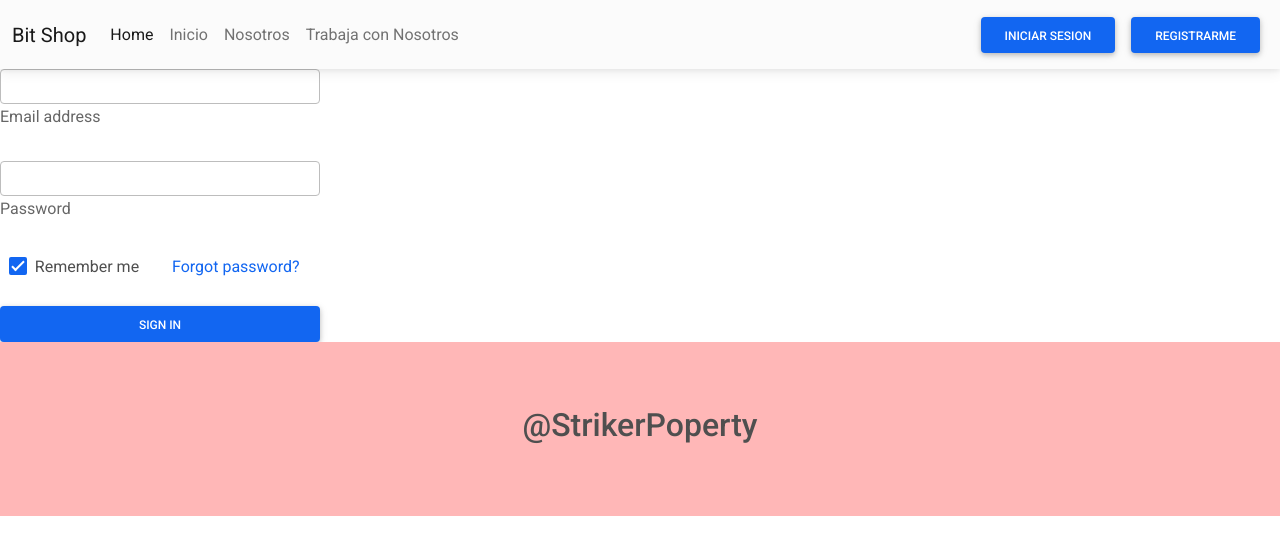
Repository: TzStrikerYT/myClassRoom
Page: /login (app in bit-shop-front/)
These files come from the project's save history. The page is drawn as it stood at one moment and after the next save; the edit follows.
The browser window is 1280 px wide. The pictures show the whole page.
The project was rebuilt for these pictures with package versions that can differ from the ones it lists, and the page was loaded fresh each time. Also part of the build but not shown: bit-shop-front/angular.json, bit-shop-front/src/app/components/home/home.component.ts, bit-shop-front/src/app/components/not-found/not-found.component.ts.

Above is the page before, as saved 2022-02-23 19:00:07.

After the next save:
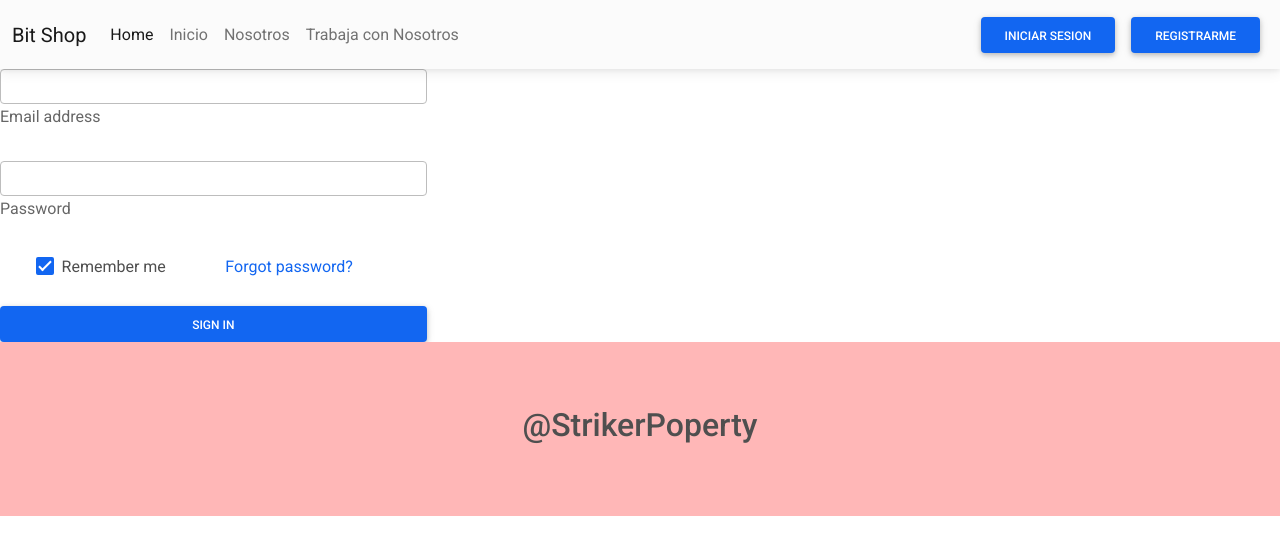
Saved 22 s later.
--- a/bit-shop-front/src/app/components/login/login.component.html
+++ b/bit-shop-front/src/app/components/login/login.component.html
@@ -1,6 +1,6 @@
 <section>
 
-    <div class="w-25">
+    <div class="col-sm-4">
         <form>
             <!-- Email input -->
             <div class="mb-4">
